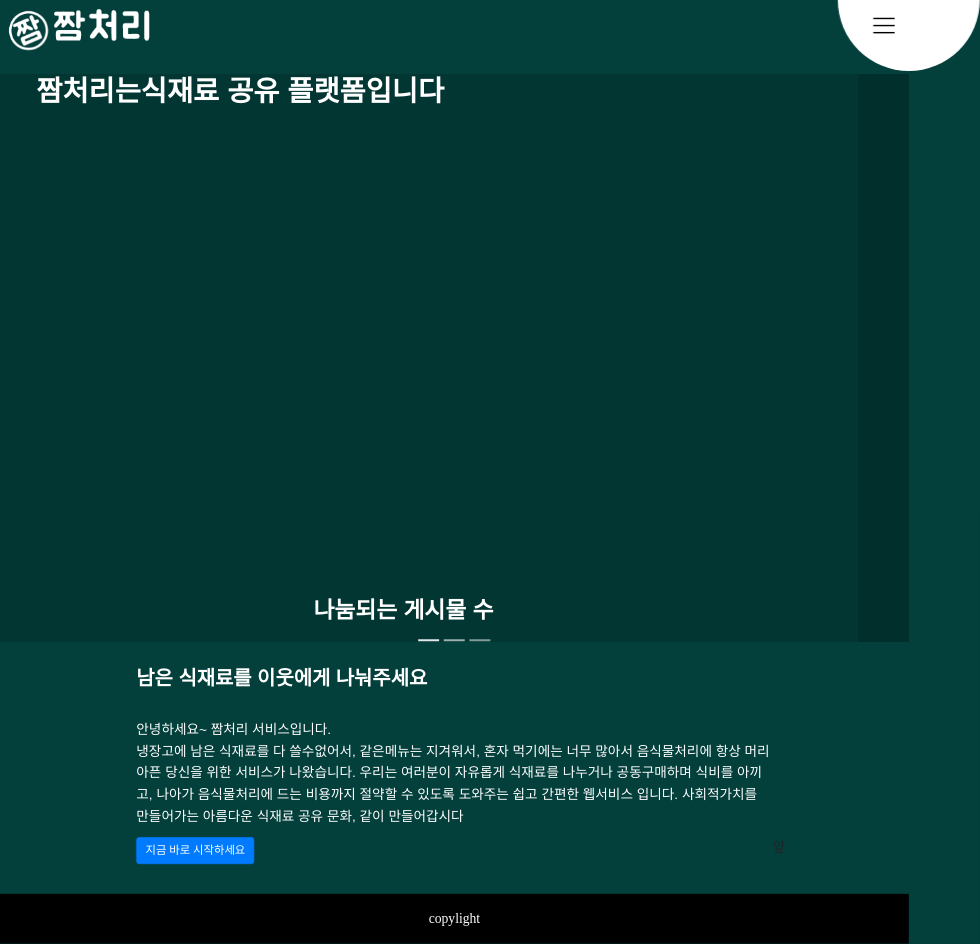
Repository: navang/JJAM_project
Page: http://localhost/jjam/WEB-INF/views/jjam_intro.jsp
An editor plug-in stored every save of this project. The page is shown before and after the next save, followed by the edit.
The browser window is 1280 px wide. The page is 1380 px wide, so the pictures cover 1380 px, including what lies to the right of the window. The pictures show the whole page, at 71% of full size.
Some web fonts or font styles are not loaded; a fallback is used. Some web libraries are served in a nearby version. The page is served by Tomcat 9. Nobody is signed in. Other server files are loaded and not shown. The template is opened directly, without the code that normally fills it, so the values that code supplies are empty.

Above is the page before, as saved 2019-07-23 07:41:05.

### jjam/src/main/webapp/WEB-INF/views/jjam_intro.jsp
<%@ page language="java" contentType="text/html; charset=UTF-8"
    pageEncoding="UTF-8"%>
<!DOCTYPE html>

<style>
</style>
<head>
    <meta charset="UTF-8">
    <meta name="viewport" content="width=device-width, initial-scale=1.0">
    <meta http-equiv="X-UA-Compatible" content="ie=edge">

    <link rel="stylesheet" href="https://stackpath.bootstrapcdn.com/bootstrap/4.3.1/css/bootstrap.min.css"
        integrity="sha384-ggOyR0iXCbMQv3Xipma34MD+dH/1fQ784/j6cY/iJTQUOhcWr7x9JvoRxT2MZw1T" crossorigin="anonymous">
    <script src="https://code.jquery.com/jquery-3.3.1.slim.min.js"
        integrity="sha384-q8i/X+965DzO0rT7abK41JStQIAqVgRVzpbzo5smXKp4YfRvH+8abtTE1Pi6jizo"
        crossorigin="anonymous"></script>
    <script src="https://cdnjs.cloudflare.com/ajax/libs/popper.js/1.14.7/umd/popper.min.js"
        integrity="sha384-UO2eT0CpHqdSJQ6hJty5KVphtPhzWj9WO1clHTMGa3JDZwrnQq4sF86dIHNDz0W1"
        crossorigin="anonymous"></script>
    <script src="https://stackpath.bootstrapcdn.com/bootstrap/4.3.1/js/bootstrap.min.js"
        integrity="sha384-JjSmVgyd0p3pXB1rRibZUAYoIIy6OrQ6VrjIEaFf/nJGzIxFDsf4x0xIM+B07jRM"
        crossorigin="anonymous"></script>
    <!-- https://getbootstrap.com/docs/4.3/getting-started/introduction/ 부트스트랩에서 가져옴-->


    <link rel="stylesheet" href="./resources/style/main.css">

    <link rel="stylesheet" href="./resources/style/index.css">

    <script src="https://kit.fontawesome.com/825d367943.js"></script>

</head>
<% String cntB =(String)request.getAttribute("cntB"); %>
<% String cntC =(String)request.getAttribute("cntC"); %>

<body>

<div style="margin-left:10px;">
<!--  상단 햄버거  -->
<label>
    <img id="logo" style="width: 60px; height: 60px; position:fixed;" src="./resources/image/BI-jjam-white.png" alt=""><img style="margin-left: 60px; position:fixed;" src="./resources/image/JJCR_white1.png">
</label>
</div>

    <label>
        <input type="checkbox"></input>
        <span class="menu">
          <span class="hamburger"></span>
        </span>

        <!-- <ul>
        <li> <a href="#">처음으로</a> </li>
        <li> <a href="#">메인화면</a></li>
        <li> <a href="#">마이페이지</a></li>
        <li> <a href="customerLogin.do">로그인</a></li>
     	</ul> -->

     	<div id="menubar" style="width:40px; height:40px;">
     	<div style="display:inline-block; background:green;"></div>
     	<div style="display:inline-block; background:green;"></div>
     	<div style="display:inline-block; background:green;"></div>
     	<div style="display:inline-block; background:green;"></div>
     	</div>

      </label>


    <!--------------------------------------------------------------->

<div class="intro_form"> <!--전체화면 분할-->
    <div class=""></div> <!-- 상단 navbar로 인한 공백-->

    <div class=""><!-- carousel 칸-->
            <div class="carousel slide " id="myCarousel" data-ride="carousel">
                    <div class="carousel-inner">
                            <!-- ---------------------- -->
                            <div class="carousel-item active" >
                                  <img class=""  src="./resources/image/hidden.png" alt="">
                                <div  class="carousel-caption">
                               			    <h2 class="bigfont">${cntB } </h2>
                                            <h2>나눔되는 게시물 수</h2>
                                </div>
                            </div>
                            <!-- ---------------------- -->
                            <div class="carousel-item">
                                    <img class=""src="./resources/image/hidden.png" alt="">
                                    <div class="carousel-caption">
                                            <h2 class="bigfont">${cntC }</h2>
                                            <h2>나눔에 참여한 회원 수</h2>
                                    </div>
                                </div>
                                 <div class="carousel-item w">
                                        <img class=""  src="./resources/image/hidden.png" alt="">
                                <div class="carousel-caption">
                                           <h2 class="bigfont">${cntC }</h2>
                                           <h2>매일 절약되는 음식물처리비용</h2>
                                </div>
                            </div>
                        </div>
                    <!-- 좌우 버튼 -->

                    <ul class="carousel-indicators">
                            <li class="active" data-target="#myCarousel" data-slide-to="0"></li>
                            <li data-target="#myCarousel" data-slide-to="1"></li>
                            <li data-target="#myCarousel" data-slide-to="2"></li>
                        </ul>
                 </div>
    </div>



 <div class="intro-desc">
 <div></div>
         <div class="">
         <h3>남은 식재료를 이웃에게 나눠주세요</h3></br>

         <p>안녕하세요~ 짬처리 서비스입니다. </br>
         냉장고에 남은 식재료를 다 쓸수없어서, 같은메뉴는 지겨워서, 혼자 먹기에는 너무 많아서 음식물처리에 항상 머리아픈 당신을 위한 서비스가 나왔습니다.
         우리는 여러분이 자유롭게 식재료를 나누거나 공동구매하며 식비를 아끼고, 나아가 음식물처리에 드는 비용까지 절약할 수 있도록 도와주는 쉽고 간편한 웹서비스 입니다. 사회적가치를 만들어가는 아름다운 식재료 공유 문화, 같이 만들어갑시다  </p>
         </div>

<div></div>

<div></div>
<div>   <button class="btn btn-primary" type="button">지금 바로 시작하세요 </button><!--다음페이지 링크 버튼-->
</div>

         얖
</div>
<div >

        <div class="intro-main" >
             <h1>짬처리는식재료 공유 플랫폼입니다</h1>
         </div>

   </div>


    </div>

   <div class="footer">copylight</div>

</body>


</html>

### jjam/src/main/webapp/resources/style/main.css
@charset "utf-8";

@font-face {
    font-family: NanumSquareR;
    src: url(../font/NanumSquareR.woff) format('woff');
}

@font-face {
    font-family: NanumSquareL;
    src: url(../font/NanumSquareL.woff) format('woff');
}

@font-face {
    font-family: NanumSquareB;
    src: url(../font/NanumSquareB.woff) format('woff');
}





/* background*/


h1, h2, h3, h5, p {
    font-family: NanumSquareR, sans-serif;
    font-weight: 500;
    color: white;
}
h4{
    font-family: NanumSquareR, sans-serif;
    font-weight: 500;
    color: black;
}

h1, h2, h3 {
    margin-top: 10px;
    margin-bottom: 10px;
    font-weight: 700;
}

body{
  	font-family:BMJUA;
    background: #033f3b;
}
#logo{
	width: 60px; height: 60px;
}
#jcr{
	margin-left: 60px; position:fixed;
}
#top_navbar {
    background: rgba(0,0,0,0.7);
}
#top_navcolor {
    background-color: #147b6b;
}

#top_navbar-nav > li > a {
    padding-top: 20px;
    padding-bottom: 20px;
}

.separator {
    background: #59e;
    margin-top: 80px;
    padding: 21px;
    text-align: center;
    color: #fff;
}

.red {
    background: #fcc;
    border: #eaa solid 4px;
}

/* .yellow { */
/*     background: #f6f6c0; */
/*     border: #dd7 solid 4px; */
/* } */


.green {
    font:white;
    background: #147b6b;

}

.bluegreen {
    background: #aee;
    border: #8dd solid 4px;
}
<<<<<<< HEAD


/* .blue { */
=======
/* .blue { */
/*     background: #bcf; */
/*     border: #9ae solid 4px; */
/* } */

>>>>>>> 7f7c7283d27dcf0b9cae4bf84bee2c912e11a8f9
.blue {
    background: #bcf;
    border: #9ae solid 4px;
}
/*1_ intro*/
.intro_form{
    display: grid;
     grid-template-columns: 100%;
<<<<<<< HEAD
    grid-template-rows: 30px 850px 850px ;
=======
    grid-template-rows: 30px 850px 300px ;
>>>>>>> 7f7c7283d27dcf0b9cae4bf84bee2c912e11a8f9
}
.intro-main{
  position: absolute;
  top: 15%;
  left: 20%;
  transform: translate(-20%, -20%);
  width: 80%;

}
.intro-desc{
	display:grid;
	 grid-template-columns: 15% 70% 15%;
    grid-template-rows:  250px 80px ;
}

/*  풀어주기   */
.map-custom{
	width:100%;
	height:700px;
	position:relative;
	overflow:hidden;
	border-radius:30px;
}


.bigfont{
	font-size: 700px;
    text-align: center;

    font-family: NanumSquareL;
    src: url(../font/NanumSquareL.woff) format('woff');

}


.white-text {
    color: white;
}

.row{
     display : grid;
     grid-template-columns: 100%;
     grid-template-rows: 70px 850px 100px ;
}
.mypage{
	display: grid;
	  grid-template-columns: 20% 60% 20%;
     grid-template-rows: 400px 1400px ;
}
.mypage-columns{
	display:grid;
	  grid-template-columns: 30% 70%;
 	text-align: center;

}
.mypage-rows{
	display:grid;
	  grid-template-rows: 30% 70%;


}
/* 햄버거*/
.ham{
	width:100px;
}

/* 2_search 페이지 */
.search{
    display : grid;
    grid-template-columns: 25% 50% 25%;
    grid-template-rows: 100px 300px 40px 50px 20px;
}
.search-grid {

    display : grid;
    text-align: center;
    grid-template-columns: 20% 20% 20% 20% 20%;
    grid-template-rows: 100px 100px 100px 100px 100px;
}
/* 3 form*/
/* 전체화면 분할*/
.modal-form{
    display : grid;
    grid-template-columns: 15% 70% 15%;
    grid-template-rows: 60px 780px  50px;

}
/* 가운데화면 분할*/
.modal-form-grid{
    display : grid;
    grid-template-columns: 60% 40%;
    grid-template-rows: 60px  700px 70px;

}
/* */
.modal-inner-grid{
    display : grid;
    grid-template-columns: 50% 50%;

}

.modal-size{
    position: absolute;


}
/* modal fullsize*/
.modal-dialog.modal-fullsize {
    width: 150%; height: 100%; margin: 0; padding: 0;
}
.modal-content.modal-fullsize {
    height: auto;
    min-height: 100%;
    border-radius: 0;
  }
.btn-create{
	text-decoration:none;
	width:100%;
	height:40px;
	font-size:20px;
	border-radius:30px;
	background:#147b6b;
	color:white;
	box-shadow: 0px 3px 0px black;
	border: 2px solid white;
}
.btn-create:hover .btn-create:focus, btn-create:active {
	background:#073d35;

}

/* info modal img*/
.img-chatmodal{
    width:1900px;
    height: 950px;
    background-image:url('../image/chatbot_modal.png');
}

/*게시물 리스트*/
.form-list {
    display: grid;
    grid-template-columns:3% 20% 3% 74%;
    padding: 10px;
}


/* 5*5 그리드 */
#grid{
    display: grid;
    text-align: center;
    grid-template-columns:150px 150px 150px 150px 150px 150px;
}
/* 메인 1 페이지  */
.wrapper {
    display: grid;
    grid-template-columns: 5% 55% 40% ;
    grid-template-rows: 100px 7px 100px 30px 100px 100px 30px 100px 100px;
}

/* 4 login form*/
.login{
    display : grid;
    grid-template-columns: 30% 800px 27%;
    grid-template-rows: 100px 800px ;
}
.login-set{
    color : #1f0a01;
    background-color: white;
    border-radius: 15px;
    display:grid;
    grid-template-rows: 80px 380px 300px 40px;
    text-align: center;

}
.login-set.login-form{
    display: grid;
    grid-template-columns:240px 320px 240px;
    grid-template-rows: 100px 100px 100px ;

}
.design-border{
    border: silver solid 2px;
}

/* 7_result*/
.result-form{
    display: grid;
     grid-template-columns: 15% 70% 15%;
    grid-template-rows: 200px 300px 300px ;
}
.result-form-item{
	display:grid;
	  text-align:center;
	  grid-template-columns:100%;

}
.result-form-item-line{
	 background:white;
 	text-align:center;
	  border-radius: 50px;
	  width:73%;
	  height:3px;
	  margin-left:180px;

}
.result-button{
	width:100px;
	height:40px;
	border-radius:30px;
	background:white;

}
/* footer*/
.footer {
    left: 0;
    bottom: 0;
    width: 100%;
	padding: 20px 0;
	text-align: center;
	color: white;
	background:  black;
}
.card {
  height: 30%;
}
.card-columns {
    @include media-breakpoint-only(lg) {
      column-count: 4;
    }
    @include media-breakpoint-only(xl) {
      column-count: 5;
    }
  }
@media(max-width:375px){
#logo{
	width: 30px; height: 30px; position:fixed;
}
#jcr{
	margin-left: 35px; position:fixed; height: 30px;
}
    .search{
        display : grid;
        grid-template-columns: 0px 100% 0px;
        grid-template-rows: 100px 600px 30px 30px 20px ;
    }
      /* 5*5 그리드 */
    #grid{
    display: grid;
    text-align: center;
    grid-template-columns:160px 160px 160px;
}

    .wrapper {
    display: grid;
    grid-template-columns: 5% 90% 5% ;
    grid-template-rows: 100px 60px 30% 30px 70px 100px 100px 100px 10px;
    }
    .search-grid {

        display : grid;
        text-align: center;
        grid-template-columns: 25% 25% 25% 25%;
        grid-template-rows: 50px  50px  50px 50px  50px  50px;
    }


    .mypage{
	display: grid;
	  grid-template-columns: 100%;
     grid-template-rows: 0px  0px   170px  0px   500px;
}
.mypage-columns{
	display:grid;
	 grid-template-columns: 100%;
		  grid-template-rows: 400px 50%;

}
.mypage-rows{
	display:grid;

		  grid-template-template: 100%;
		   grid-template-rows: 60% 40%;
}
.mypage-menu{
	display:grid;

		  grid-template-rows: 25% 25% 25% 25%;
}


    /*챗 모달 사용설명서*/
    .img-chatmodal{
        width:640px;
        height: 950px;
        background-image:url('../image/chatbot_modal_mobile.png');

    }
    /* modal fullsize*/
    .modal-dialog.modal-fullsize {
    width: 100%; height: 100%; margin: 0; padding: 0;
    }
    .modal-content.modal-fullsize {
    height: auto;
    min-height: 100%;
    border-radius: 0;
  }
    /* 가운데화면 분할*/
.modal-form{
    display : grid;
    grid-template-columns: 15% 70% 15%;
    grid-template-rows: 60px 780px  50px;

}
/* 가운데화면 분할*/
.modal-form-grid{
    display : grid;
    grid-template-columns: 60% 40%;
    grid-template-rows: 60px  700px 70px;

}

    .modal-inner-grid{
        display : grid;
        grid-template-columns: 100%;

    }
    /* 4 login form*/
    .login{
    display : grid;
    grid-template-columns: 0px 640px 0px;
    grid-template-rows: 50px 640px ;
}
.result-form{
    display: grid;
     grid-template-columns: 0% 100% 0%;
    grid-template-rows: 100px 700px 100px ;
}
.ham{
	width:100px;
}
/* footer*/
.footer {
    left: 0;
    bottom: 0;
    width: 100%;
	padding: 20px;
	text-align: center;
	color: white;
	background:  black;
}

/*1_ intro*/
.intro_form{
    display: grid;
     grid-template-columns: 100%;
    grid-template-rows: 30px 360px 550px ;
}
.intro-main{
  position: absolute;
  font-size: 20px;
  top: 50%;
  left: 20%;
  transform: translate(-20%, -20%);
  width: 80%;

}
.intro-desc{
	display:grid;
	 grid-template-columns: 10% 80% 10%;
    grid-template-rows:  550px 150px ;
}

/*  풀어주기   */
.map-custom{
	width:700px;
	height:700px;
	position:relative;
	overflow:hidden;
	margin-left: 80px;
	border-radius:30px;
}


.bigfont{
	left:50%;
	transform:rotate(30deg);
	font-size: 300px;
    text-align: left;

    font-family: NanumSquareL;
    src: url(../font/NanumSquareL.woff) format('woff');

}


}

### jjam/src/main/webapp/resources/style/index.css
@import url('https://fonts.googleapis.com/css?family=Cutive+Mono');
*, *:before, *:after {
  box-sizing: border-box;
}

@font-face { font-family: 'BMJUA'; src: url('https://cdn.jsdelivr.net/gh/projectnoonnu/noonfonts_one@1.0/BMJUA.woff') format('woff'); font-weight: normal; font-style: normal; }

body {

  font-size: 1.2em;
  line-height: 1.6;

  overflow-x: hidden;
}
label .menu {
  position: absolute;
  right: -100px;
  top: -100px;
  z-index: 100;
  width: 200px;
  height: 200px;
  background: #fff;
  border-radius: 50% 50% 50% 50%;
  transition: 0.5s ease-in-out;
  box-shadow: 0 0 0 0 #fff, 0 0 0 0 #fff;
  cursor: pointer;
}
label .hamburger {
  position: absolute;
  top: 135px;
  left: 50px;
  width: 30px;
  height: 2px;
  background: #000;
  display: block;
  transform-origin: center;
  transition: 0.5s ease-in-out;
}
label .hamburger:after, label .hamburger:before {
  transition: 0.5s ease-in-out;
  content: "";
  position: absolute;
  display: block;
  width: 100%;
  height: 100%;
  background: #000;
}
label .hamburger:before {
  top: -10px;
}
label .hamburger:after {
  bottom: -10px;
}
label input {
  display: none;
}
label input:checked + .menu {
  box-shadow: -400px 0 0   #fff, -350px 0 0   #fff,-300px 0 0 #fff,-250px 0 0 #fff,  -200px 0 0 #fff,-150px 0 0 #fff, -100px 0 0 #fff,-50px 0 0 #fff;
  border-radius: 50px;
}
label input:checked + .menu .hamburger {
  transform: rotate(45deg);
}
label input:checked + .menu .hamburger:after {
  transform: rotate(90deg);
  bottom: 0;
}
label input:checked + .menu .hamburger:before {
  transform: rotate(90deg);
  top: 0;
}
label input:checked + .menu + ul {
  opacity: 1;
}
label ul {
	font-family:BMJUA;
	width:500px;
	height:50px;
  z-index: 200;
  position: absolute;
  top: 5%;
  left: 84%;
 transform: translate(-50%, -50%);
  opacity: 0;
  transition: 0.25s 0s ease-in-out;


}
label a {

  margin-bottom: 1em;
  display: block;
  color: #000;
  text-decoration: none;
}
label a:hover, label a:focus{
	text-decoration:none;
	color:#76afa7;

}
.menubar{
	display:inline-block;
	margin-left:30px;
}

@media(max-width:375px){

body {

  font-size: 1.2em;
  line-height: 1.6;

}
label .menu {
  position: absolute;
  right: -100px;
  top: -100px;
  z-index: 100;
  width: 200px;
  height: 200px;
  background: #fff;
  border-radius: 50% 50% 50% 50%;
  transition: 0.5s ease-in-out;
  box-shadow: 0 0 0 0 #fff, 0 0 0 0 #fff;
  cursor: pointer;
}
label .hamburger {
  position: relative;
  top: 135px;
  left: 50px;
  width: 30px;
  height: 2px;
  background: #000;
  display: block;
  transform-origin: center;
  transition: 0.5s ease-in-out;
}
label .hamburger:after, label .hamburger:before {
  transition: 0.5s ease-in-out;
  content: "";
  position: relative;
  display: block;
  width: 100%;
  height: 100%;
  background: #000;
}
label .hamburger:before {
  top: -10px;
}
label .hamburger:after {
  bottom: -10px;
}
label input {
  display: none;
}
label input:checked + .menu {
  box-shadow: -200px 0 0  100vw  #fff ;
  border-radius: 50px;
}
label input:checked + .menu .hamburger {
  transform: rotate(45deg);
}
label input:checked + .menu .hamburger:after {
  transform: rotate(90deg);
  bottom: 0;
}
label input:checked + .menu .hamburger:before {
  transform: rotate(90deg);
  top: 0;
}
label input:checked + .menu + ul {
  opacity: 1;
}
label ul {
	font-family:BMJUA;
	width:200px;
	height:50px;
  z-index: 200;
  position: relative;
  top: 50%;
  left: 0%;
 transform: translate(40%, 50%);
  opacity: 0;
  transition: 0.25s 0s ease-in-out;

}
label a {

  margin-bottom: 1em;
  display: block;
  color: #000;
  text-decoration: none;
}
label a:hover, label a:focus{
	text-decoration:none;
	color:#76afa7;

}
.menubar{
	display:inline-block;
	margin-left:40px;
}
#myCarousel {
	padding:0px;
	margin: 0px;
}

}

After the next save:
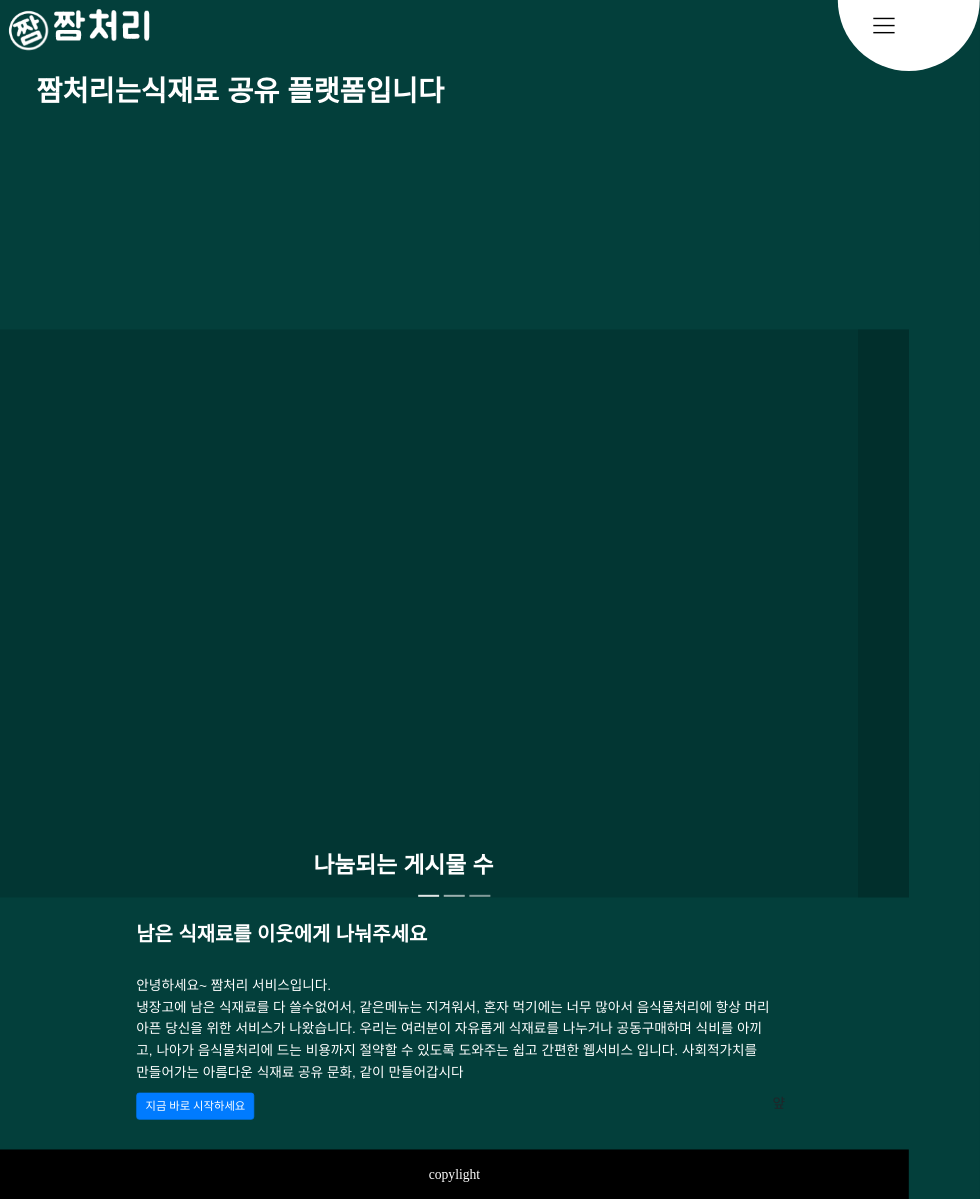
Saved 95 s later.
--- a/jjam/src/main/webapp/WEB-INF/views/jjam_intro.jsp
+++ b/jjam/src/main/webapp/WEB-INF/views/jjam_intro.jsp
@@ -55,7 +55,7 @@
         <li> <a href="customerLogin.do">로그인</a></li>
      	</ul> -->
 
-     	<div id="menubar" style="width:40px; height:40px;">
+     	<div id="menubar" style="width:400px; height:400px;">
      	<div style="display:inline-block; background:green;"></div>
      	<div style="display:inline-block; background:green;"></div>
      	<div style="display:inline-block; background:green;"></div>
